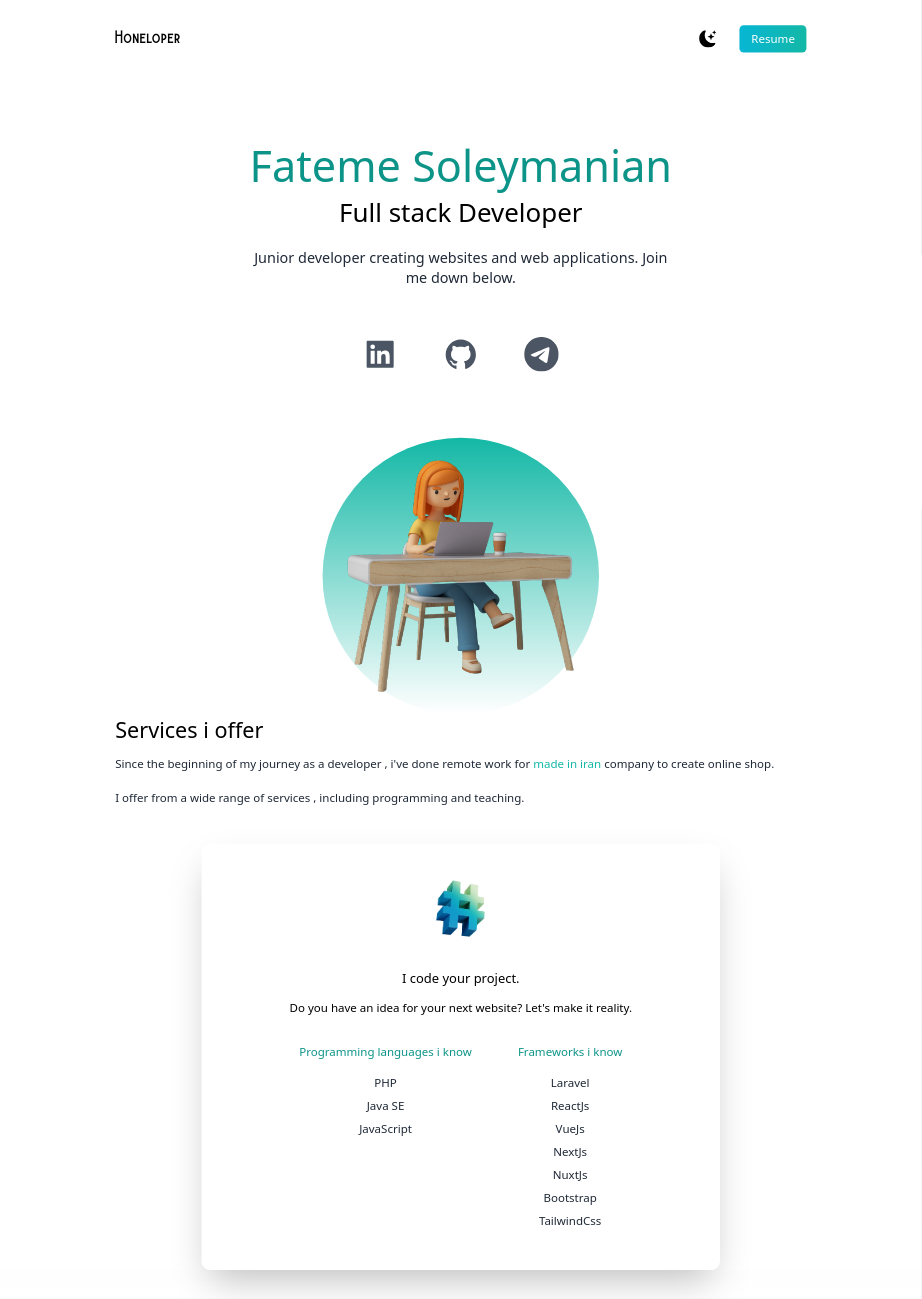
Repository: fatemesoleymanian/portfolio
Page: /
These files come from the project's save history. The page is drawn as it stood at one moment and after the next save; the edit follows.
The browser window is 1280 px wide. The pictures show the whole page, at 72% of full size.
The project was rebuilt for these pictures with package versions that can differ from the ones it lists, and the page was loaded fresh each time. The framework's server and built-in components were replaced by stand-ins that run in the browser. Also part of the build but not shown: next.config.js.

Above is the page before, as saved 2023-03-10 18:56:08.

### pages/index.js
import Head from 'next/head'
import { BsFillMoonStarsFill } from 'react-icons/bs'
import { AiFillLinkedin, AiFillGithub , } from 'react-icons/ai'
import {SiTelegram} from 'react-icons/si'
import Image from 'next/image'
import honeloper from '../public/honeloper3d.png'
import code from '../public/code.png'
import { useState } from 'react'
export default function Home() {
  const [darkMode , setDarkMode] = useState(false);
  return (
    <div className={darkMode ? 'dark' : ''}>
      <Head>
        <title>My Portfolio</title>
        <meta name="description" content="Generated by create next app" />
        <meta name="viewport" content="width=device-width, initial-scale=1" />
        <link rel="icon" href="/favicon.ico" />
      </Head>
      <main className='bg-white px-10 md:px-20 lg:px-40 dark:bg-gray-900'>
        <section className="min-h-screen">
          <nav className='py-10 mb-12 flex justify-between dark:text-white'>
            <h1 className='text-xl font-burtons'>Honeloper</h1>
            <ul className='flex items-center'>
              <li>
                <BsFillMoonStarsFill className='cursor-pointer text-2xl'
                onClick={() => setDarkMode(!darkMode)}/>
              </li>
              <li>
                <a className="bg-gradient-to-r from-cyan-500 to-teal-500 text-white px-4 py-2 rounded-md ml-8"
                  href="https://jobvision.ir/cv/97158940-111758">Resume</a>
              </li>
            </ul>
          </nav>
          <div className='text-center p-9'>
            <h2 className='text-3xl md:text-4xl lg:text-6xl py-2 text-teal-600 font-medium'>
              Fateme Soleymanian</h2>
            <h3 className='text-2xl md:text-3xl lg:text-4xl py-2 dark:text-gray-100'>Full stack Developer</h3>
            <p className='text-md py-5 leading-8 text-gray-800 lg:text-xl
            max-w-xl mx-auto dark:text-gray-400'>
              Junior developer creating websites and web applications. Join me down below.</p>
          </div>
          <div className='text-5xl flex justify-center gap-16 py-3 text-gray-600 dark:text-gray-300'>
            <a href="https://www.linkedin.com/in/fateme-soleymanian-b2713a225">
              <AiFillLinkedin />  </a>
            <a href="https://github.com/fatemesoleymanian">
              <AiFillGithub />
            </a>
            <a href="https://t.me/Honeloper">
              <SiTelegram />
            </a>
          </div>
          <div className='relative bg-gradient-to-b from-teal-500 rounded-full
          mx-auto md:w-80 md:h-80 lg:h-96 lg:w-96 mt-20'>
            <Image src={honeloper} alt="honeloper" />
          </div>
        </section>

        <section >
          <div>
            <h3 className='text-3xl py-1 dark:text-gray-200'>
              Services i offer
            </h3>
            <p className='text-md py-2 leading-8 text-gray-800 dark:text-gray-300'>
              Since the beginning of my journey as a developer , i've done remote work for
              <span className='text-teal-500'><a href="https://madein-iran.com"> made in iran </a></span> company to create online shop.
            </p>
            <p className='text-md py-2 leading-8 text-gray-800 dark:text-gray-300'>
              I offer from a wide range of services , including programming and teaching.
            </p>
          </div>
          <div>
            <div className='md:mx-auto text-center shadow-2xl p-10 rounded-xl my-10 md:w-9/12'>
              <Image src={code} width={100} height={100} className="mx-auto"/>
              <h3 className='text-lg font-medium pt-8 pb-2 dark:text-gray-100'>
                I code your project.
              </h3>
              <p className='py-2 dark:text-gray-200'>Do you have an idea for your next website?
                Let's make it reality.</p>
             <div className='flex justify-center gap-16 py-3'>
             <div className='dark:text-gray-300 text-gray-800'>
                <h4 className='py-4 text-teal-600'>Programming languages i know</h4>
                <p className='py-1'>PHP</p>
                <p className='py-1'>Java SE</p>
                <p className='py-1'>JavaScript</p>
              </div>
              <div className='dark:text-gray-300 text-gray-800'>
                <h4 className='py-4 text-teal-600'>Frameworks i know</h4>
                <p className='py-1'>Laravel</p>
                <p className='py-1'>ReactJs</p>
                <p className='py-1'>VueJs</p>
                <p className='py-1'>NextJs</p>
                <p className='py-1'>NuxtJs</p>
                <p className='py-1'>Bootstrap</p>
                <p className='py-1'>TailwindCss</p>
              </div>
             </div>
            </div>
          </div>
        </section>
      </main>
    </div>
  )
}

### styles/globals.css
@tailwind base;
@tailwind components;
@tailwind utilities;
:root {
  --max-width: 1100px;
  --border-radius: 12px;
  --font-mono: ui-monospace, Menlo, Monaco, 'Cascadia Mono', 'Segoe UI Mono',
    'Roboto Mono', 'Oxygen Mono', 'Ubuntu Monospace', 'Source Code Pro',
    'Fira Mono', 'Droid Sans Mono', 'Courier New', monospace;

  --foreground-rgb: 0, 0, 0;
  --background-start-rgb: 214, 219, 220;
  --background-end-rgb: 255, 255, 255;

  --primary-glow: conic-gradient(
    from 180deg at 50% 50%,
    #16abff33 0deg,
    #0885ff33 55deg,
    #54d6ff33 120deg,
    #0071ff33 160deg,
    transparent 360deg
  );
  --secondary-glow: radial-gradient(
    rgba(255, 255, 255, 1),
    rgba(255, 255, 255, 0)
  );

  --tile-start-rgb: 239, 245, 249;
  --tile-end-rgb: 228, 232, 233;
  --tile-border: conic-gradient(
    #00000080,
    #00000040,
    #00000030,
    #00000020,
    #00000010,
    #00000010,
    #00000080
  );

  --callout-rgb: 238, 240, 241;
  --callout-border-rgb: 172, 175, 176;
  --card-rgb: 180, 185, 188;
  --card-border-rgb: 131, 134, 135;
}

@media (prefers-color-scheme: dark) {
  :root {
    --foreground-rgb: 255, 255, 255;
    --background-start-rgb: 0, 0, 0;
    --background-end-rgb: 0, 0, 0;

    --primary-glow: radial-gradient(rgba(1, 65, 255, 0.4), rgba(1, 65, 255, 0));
    --secondary-glow: linear-gradient(
      to bottom right,
      rgba(1, 65, 255, 0),
      rgba(1, 65, 255, 0),
      rgba(1, 65, 255, 0.3)
    );

    --tile-start-rgb: 2, 13, 46;
    --tile-end-rgb: 2, 5, 19;
    --tile-border: conic-gradient(
      #ffffff80,
      #ffffff40,
      #ffffff30,
      #ffffff20,
      #ffffff10,
      #ffffff10,
      #ffffff80
    );

    --callout-rgb: 20, 20, 20;
    --callout-border-rgb: 108, 108, 108;
    --card-rgb: 100, 100, 100;
    --card-border-rgb: 200, 200, 200;
  }
}

* {
  box-sizing: border-box;
  padding: 0;
  margin: 0;
}

html,
body {
  max-width: 100vw;
  overflow-x: hidden;
}

body {
  color: rgb(var(--foreground-rgb));
  background: linear-gradient(
      to bottom,
      transparent,
      rgb(var(--background-end-rgb))
    )
    rgb(var(--background-start-rgb));
}

a {
  color: inherit;
  text-decoration: none;
}

@font-face {
  font-family: "burtons";
  src: url('../public/Burtons.otf');
}

### tailwind.config.js
/** @type {import('tailwindcss').Config} */
module.exports = {
  darkMode:"class",
  content: [
    "./app/**/*.{js,ts,jsx,tsx}",
    "./pages/**/*.{js,ts,jsx,tsx}",
    "./components/**/*.{js,ts,jsx,tsx}",

  ],
  theme: {
    extend: {
      fontFamily:{
        burtons: "burtons",
      }
    },
  },
  plugins: [],
}

Loaded but not shown: pages/_app.js (common file); pages/_document.js (common file)

After the next save:
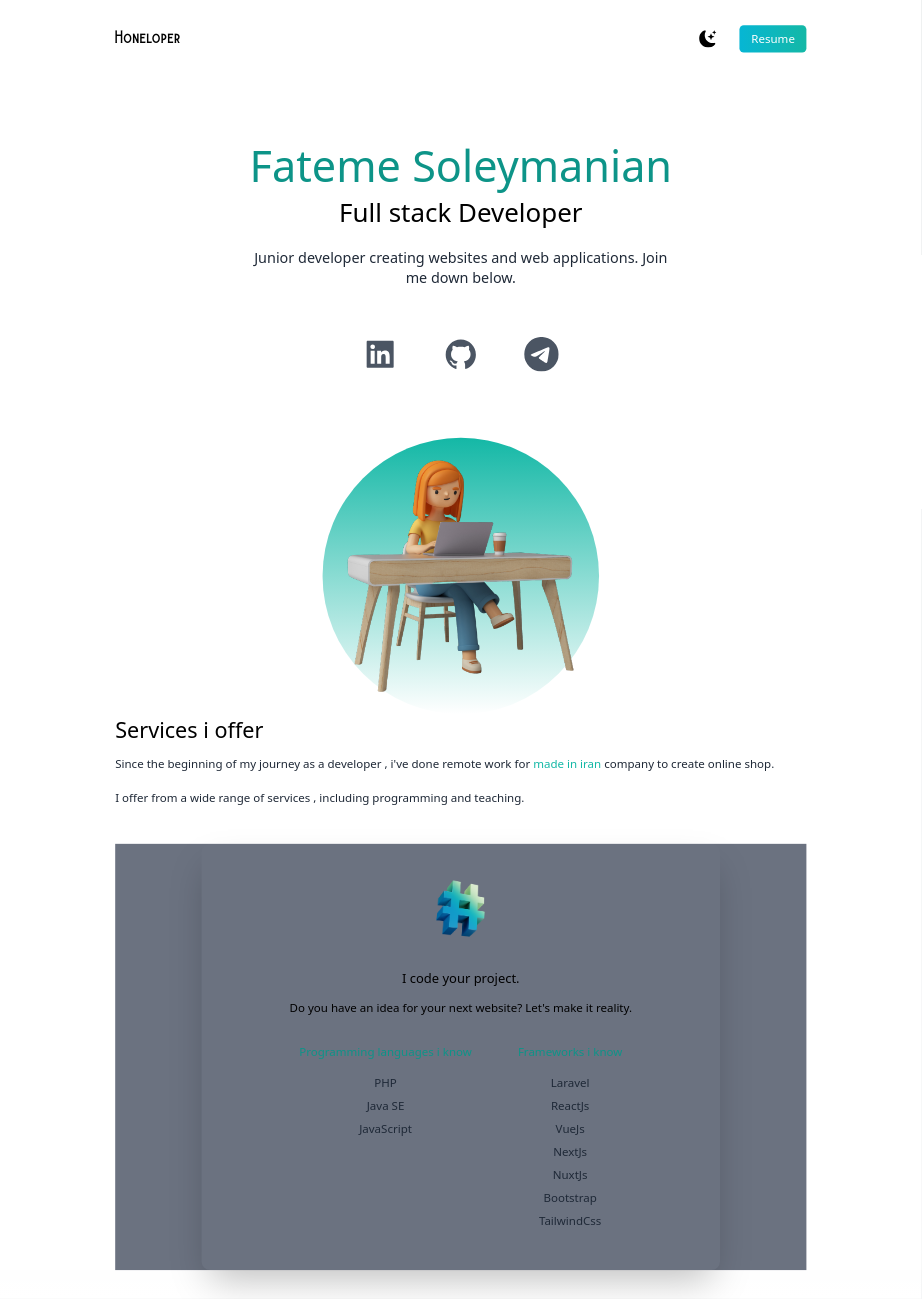
Saved 43 s later.
--- a/pages/index.js
+++ b/pages/index.js
@@ -68,7 +68,7 @@ export default function Home() {
               I offer from a wide range of services , including programming and teaching.
             </p>
           </div>
-          <div>
+          <div className='bg-gray-500'>
             <div className='md:mx-auto text-center shadow-2xl p-10 rounded-xl my-10 md:w-9/12'>
               <Image src={code} width={100} height={100} className="mx-auto"/>
               <h3 className='text-lg font-medium pt-8 pb-2 dark:text-gray-100'>
